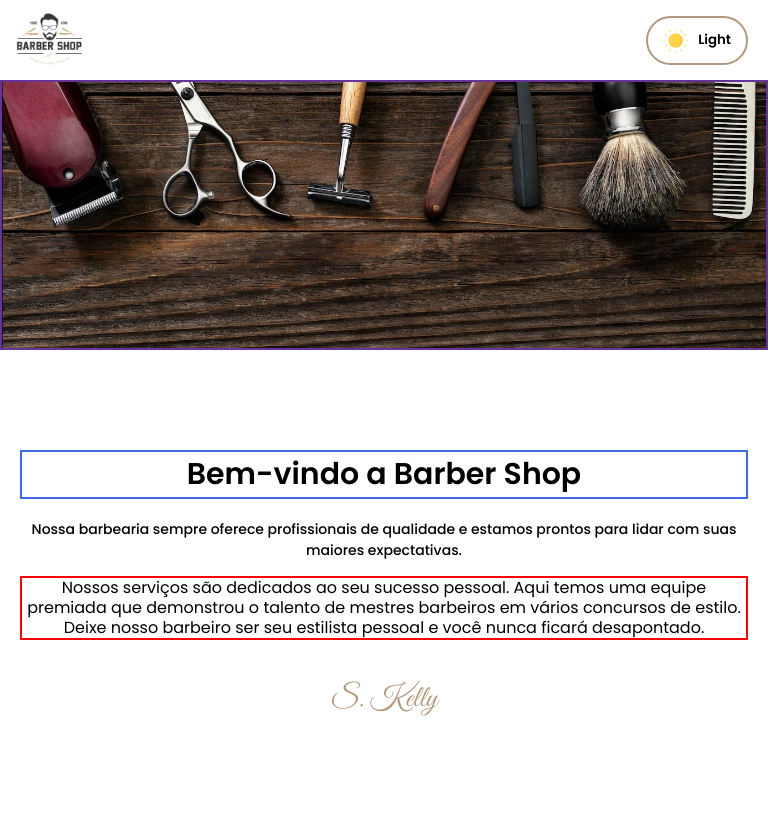
Repository: Daniells642/LandingPage-React
Page: /
An editor plug-in stored every save of this project. The page is shown before and after the next save, followed by the edit.
The browser window is 768 px wide. The pictures show the whole page.
The project was rebuilt for these pictures with package versions that can differ from the ones it lists, and the page was loaded fresh each time.

Above is the page before, as saved 2022-11-05 00:42:39.

After the next save:
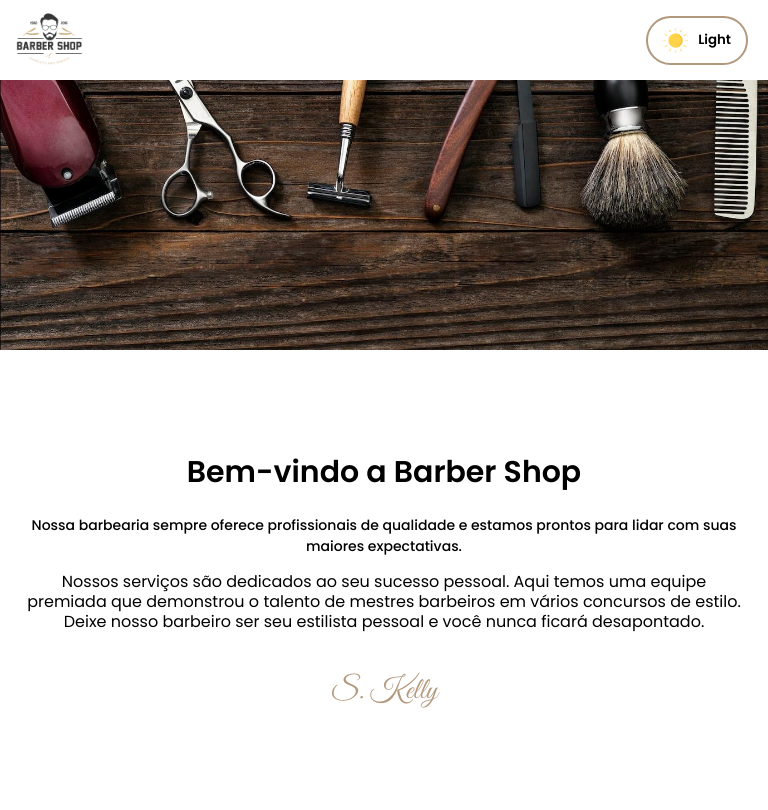
Saved 73 s later.
--- a/src/LandingPage/style.css
+++ b/src/LandingPage/style.css
@@ -86,8 +86,8 @@
 }
 
 @media (max-width: 768px) {
-  #secao-banner {height: 270px; border: 2px solid rebeccapurple;}
-  .secao-texto h1 {font-size: 30px; margin-bottom: 20px; border: 2px solid royalblue;}
+  #secao-banner {height: 270px;}
+  .secao-texto h1 {font-size: 30px; margin-bottom: 20px;}
   .primeiro-paragrafo {
     font-size: 14px;
     font-weight: 450;
@@ -97,7 +97,6 @@
   .segundo-paragrafo {
     line-height: 20px;
     margin-bottom: 40px;
-    border: 2px solid red;
   }
 .assinatura {
   font-family: 'Great Vibes', cursive;
@@ -106,6 +105,7 @@
   color: #B2987D;
 }
 }
+
 
 @media (max-width: 425px) {
   .secao-texto div{
